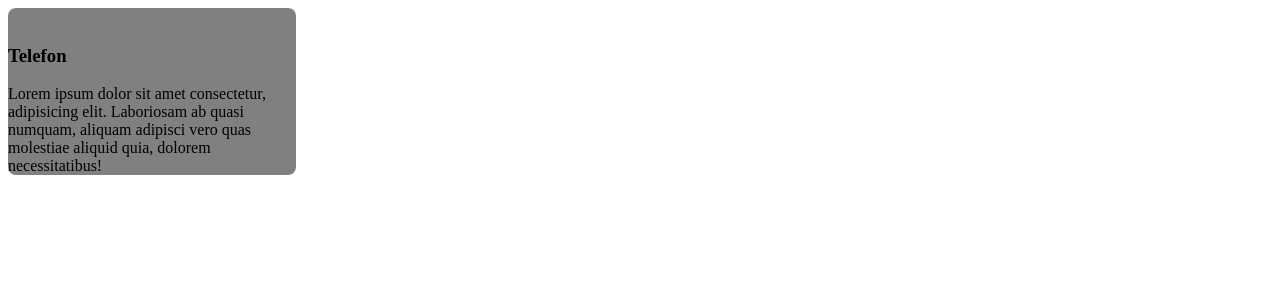
Repository: liviamucioniu/Coffee-Shop-Website
Page: index.html
These files come from the project's save history. The page is drawn as it stood at one moment and after the next save; the edit follows.
The browser window is 1280 px wide. The pictures show the whole page.

Above is the page before, as saved 2023-10-19 23:33:54.

After the next save:
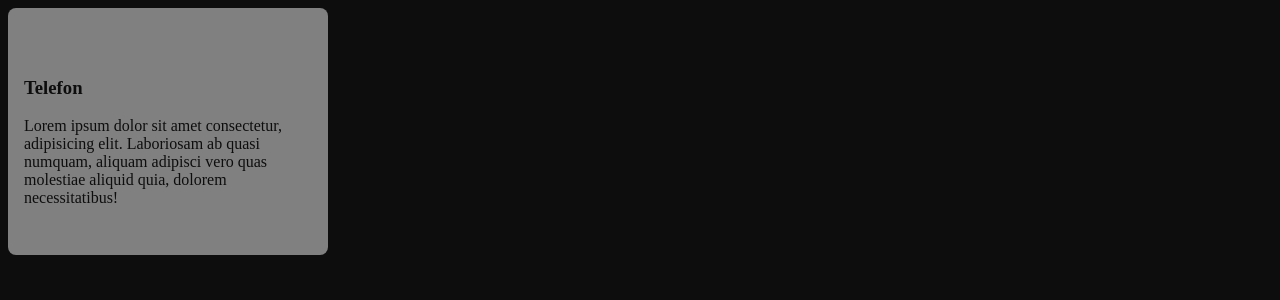
Saved 2 min 9 s later.
--- a/styles.css
+++ b/styles.css
@@ -1,7 +1,13 @@
+body {
+    background-color: #0e0d0d;
+    color: #0e0d0d;
+}
+
 .product-card {
     border-radius: 0.5rem;
     max-width: 18rem;
     background-color: gray;
+    padding: 2rem 1rem;
 }
 
 .product-image {
